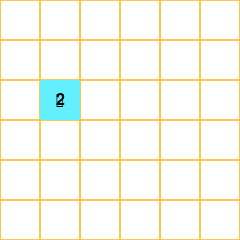
Repository: isabelcuddihy/decodeknight
Script's output: python knightstour.py
An editor plug-in stored every save of this project. The script's output is shown before and after the next save, followed by the edit.
The window is shown after at most 60 frames with no key pressed. Random numbers start from a fixed seed.

Above is the script's output before, as saved 2026-03-26 12:56:15.

### knightstour.py
import copy
import time
import numpy as np
from knightstouragent import *
from warnsdorff import *

####################################################
# The Knight's Tour is a classic problem in which the goal is to move a knight around a chessboard, visiting each square exactly once.
# The knight moves in an L-shape: two squares in one direction and then one square perpendicular to that.
# The challenge is to find a sequence of moves that allows the knight to visit every square on the board without repeating any square.
# In this implementation, we will use:
# A GUI to visualize the knight's movements on the chessboard.
# A grid to represent the chessboard, where each cell can be marked with the number move the knight just made and the knight's current position is indicated by a knight symbol.
# The objective is to find a sequence of moves that allows the knight to visit every square on the board without overlap and without having to backtrack/undo moves.
# Additional constraints can be added to make the problem more challenging, such as introducing obstacles on the board like "dead" squares and mandating the final square to be at a certain location..




####################################################


game = Chessboard(GUI=True, render_delay_sec=0.5, grid_length=6,grid_width= 6, obstacle_boxes=0)
currentKnightPos, grid, placedKnights, done = game.execute('export')
np.savetxt('initial_grid.txt', grid, fmt="%d")

currentKnightPos,grid, placedKnights, done = game.execute('export')


print(currentKnightPos,  grid, placedKnights, done)


####################################################
# Timing your code's execution for metrics.
####################################################

start = time.time()  # <- do not modify this.



def get_valid_moves(current_pos, grid):
    """
    Returns a list of (x, y) tuples for all legal knight moves
    from the current position that land on unvisited (-1) squares.
    """
    x, y = current_pos
    grid_size = grid.shape[0] # assuming a square chessboard/numpy matrix

    # defining all 8 possible "L" knight steps
    possible_steps = [
        (2, 1), (2, -1), (-2, 1), (-2, -1),
        (1, 2), (1, -2), (-1, 2), (-1, -2)
    ]

    valid = []

    for x1, y1 in possible_steps:
        new_x, new_y = x + x1, y + y1

        # check if the move is within the grid boundaries
        if 0 <= new_x < grid_size and 0 <= new_y < grid_size:

            # check if the cell is unvisited (-1)
            if grid[new_y, new_x] == -1:
                valid.append((new_x, new_y))

    return valid


def warnsdorff_solver(current_pos, move_count):
    # base case: knight has filled the whole board
    if move_count == (grid_size * grid_size):
        return True

    # get nodes and their Warnsdorff scores
    nodes = valid_moves(current_pos)

    # sort nodes by the number of onward moves they have
    nodes.sort(key=lambda c: len(valid_moves(c)))

    for next_move in nodes:
        # move to the square
        game.execute("place", next_move)

        # recursively try to solve from the new position
        if warnsdorff_solver(next_move, move_count + 1):
            return True

        # if we fail (dead end) then backtrack
        game.execute("undo")

    return False



pos, grid, placed, done = game.execute('place', (2, 1))
print(f"Placed at: {pos}, total placed: {len(placed)}")

end=time.time()
print(f"Solved with {end-start} seconds of execution time!")

game._main()


np.savetxt('grid.txt', grid, fmt="%d")
with open("final_grid.txt", "w") as outfile:
    outfile.write(str(filledSpaces))

### knightstouragent.py
import time
import pygame
import numpy as np
import random
import warnsdorff

class Chessboard:
    def __init__(self, GUI=True, render_delay_sec=0.1, grid_length=6, grid_width = 6, starting_knight_pos=(0, 0), obstacle_boxes=5):
        # Constants
        self.gridSize = grid_length #eventually need to do something with width too for m x n grids
        self.cellSize = 40
        self.screenSize = self.gridSize * self.cellSize
        self.fps = 60
        self.sleeptime = render_delay_sec
        self.currentKnightPos = [0, 0]
        self.placedKnights = [(self.currentKnightPos[0], self.currentKnightPos[1])] # List to track prev ious knight positions in order (position, move number)
        self.obstacle_boxes = obstacle_boxes


        #Design choices for numbers and colors for GUI
        self.black = (0,0,0)
        self.white = (255, 255, 255)
        self.blue = (254, 198, 78)
        self.status = ["#FFFFFF", "#64EFFF"]  # empty, visited

        # Shape definitions represented by arrays
        self.moves = [ (1, -2), # 2 left 1 up
                      (-1, -2),  # 2 left 1 down
                      (1, 2), # 2 right 1 up
                      (-1, 2), # 2 right 1 down
                      (-2, 1),  # 2 up 1 left
                      (-2, -1), # 2 up 1 right
                      (2, 1), # 2 down 1 left
                      (2, -1)# 2 down 1 right
        ]


        # Global variables (now instance attributes)
        self.screen = None
        self.clock = None
        self.grid = np.full((self.gridSize, self.gridSize), -1)
        self.moveChoice = 0 # Index to track the current move choice from self.moves
        self.done = False


        # Initialize grid with random obstacles - In Progress
        # self._addRandomColoredBoxes(self.grid, num_colored_boxes)

        # Initialize the graphical interface (if enabled)
        if GUI:
            pygame.init()
            pygame.font.init()
            self.font = pygame.font.SysFont(None, 24)
            # Draw knight symbol on current position
            self.knight_font = pygame.font.SysFont("applesymbols", 28) # font that supports chess symbols
            self.screenSize = self.gridSize * self.cellSize
            self.screen = pygame.display.set_mode((self.screenSize, self.screenSize))
            pygame.display.set_caption("Chessboard")
            self.clock = pygame.time.Clock()

            self._refresh()
    # Movements of the knight
    def execute(self, command='e', position=None):
        # Command-based environment interaction similar to Gym
        if command.lower() in ['e', 'export']:
            new_event = pygame.event.Event(pygame.KEYDOWN, unicode='e', key=ord('e'))
            try:
                pygame.event.post(new_event)
                self._refresh()
            except:
                pass
            return self.currentKnightPos, self.grid, self.placedKnights, self.done
        elif command.lower() in ['p', 'place']:
            if self.canPlace(self.grid,  self.currentKnightPos):
                self._placeKnight(self.grid, self.currentKnightPos, position[0], position[1])
                self.currentKnightPos = (position[0], position[1])
                self.placedKnights.append(( self.currentKnightPos))
                self._exportGridState(self.grid)
                new_event = pygame.event.Event(pygame.KEYDOWN, unicode='p', key=ord('p'))
                try:
                    pygame.event.post(new_event)
                    self._refresh()
                except:
                    pass
                if self.checkGrid(self.grid):
                    self.done = True
                else:
                    self.done = False

        elif command.lower() in ['u', 'undo']:
            if self.placedKnights:
                last_knight_pos= self.placedKnights[-1]
                self.placedKnights.pop()
                self._removeKnight(self.grid, last_knight_pos)
                if self.checkGrid(self.grid):
                    self.done = True
                else:
                    self.done = False
                new_event = pygame.event.Event(pygame.KEYDOWN, unicode='u', key=ord('u'))
                try:
                    pygame.event.post(new_event)
                    self._refresh()
                except:
                    pass

        return self.currentKnightPos, self.grid, self.placedKnights, self.done

    def canPlace(self, grid, pos):
        # Does knight fit in grid and is position empty
        if pos[0]  >= self.gridSize or pos[1] >= self.gridSize or pos[0] < 0 or pos[1] < 0:
            return False
        # Check for filled square
        if grid[pos[0]][pos[1]] != -1:
            return False
        return True

    def checkGrid(self, grid):
        # Ensure all cells are filled
        if -1 in grid:
            return False

        return True

    # All other methods are private (no requirement for public)

    def _drawGrid(self, screen):
        for x in range(0, self.screenSize, self.cellSize):
            for y in range(0, self.screenSize, self.cellSize):
                rect = pygame.Rect(x, y, self.cellSize, self.cellSize)
                pygame.draw.rect(screen, self.blue, rect, 1)

    def _placeKnight(self, grid, pos, x_move, y_move):
        grid[x_move][y_move] = len(self.placedKnights) + 1


    def _removeKnight(self, grid, pos):
        grid[pos[0]][pos[1]] = -1

    def _exportGridState(self, grid):
        ## To export the grid for debug purposes.
        return grid

    def _importGridState(self, gridState):
        ## Can be used to import a grid for same atarting conditions from a file.
        grid = np.array([ord(char) - 65 for char in gridState]).reshape((self.gridSize, self.gridSize))
        return grid

    def _refresh(self):
        if not self.screen:
            return
        self.screen.fill(self.white)
        self._drawGrid(self.screen)

        # Draw visited squares with move numbers
        for i in range(self.gridSize):
            for j in range(self.gridSize):
                if self.grid[i, j] != -1:
                    rect = pygame.Rect(j * self.cellSize, i * self.cellSize, self.cellSize, self.cellSize)
                    pygame.draw.rect(self.screen, self.status[1], rect)
                    move_number = self.grid[i, j]
                    if move_number > 0:
                        text = self.font.render(str(move_number), True, self.black)
                        text_rect = text.get_rect(center=rect.center)
                        self.screen.blit(text, text_rect)

        # Draw knight symbol on current position - outside the loop
        knight_text = self.knight_font.render("♞", True, self.black)
        knight_rect = knight_text.get_rect(center=(
            self.currentKnightPos[1] * self.cellSize + self.cellSize // 2,
            self.currentKnightPos[0] * self.cellSize + self.cellSize // 2
        ))
        self.screen.blit(knight_text, knight_rect)

        pygame.display.flip()
        self.clock.tick(self.fps)
        time.sleep(self.sleeptime)

    # def _addRandomColoredBoxes(self, grid, num_boxes=5):
    #     ## Adds the random colored boxes.
    #     empty_positions = list(zip(*np.where(grid == -1)))
    #     random_positions = random.sample(empty_positions, min(num_boxes, len(empty_positions)))

    #     # Place random colored boxes at selected positions
    #     for pos in random_positions:
    #         color_index = self.getAvailableColor(grid, pos[1], pos[0])
    #         grid[pos[0], pos[1]] = color_index

    def _loop_gui(self):
        ## Main Loop for the GUI
        running = True
        while running:
            for event in pygame.event.get():
                if event.type == pygame.QUIT:
                    running = False
            self.screen.fill(self.white)
            self._drawGrid(self.screen)
            pygame.display.flip()
            self.clock.tick(self.fps)
            self._refresh()

        pygame.quit()

    def _printGridState(self, grid):
        ## Utility method. Can be used for debugging.
        for row in grid:
            print(' '.join(f'{cell:2}' for cell in row))
        print()
    def _status(self):
        ## Utility method. Can be used for debugging.
        print(f"Current Knight Position: {self.currentKnightPos}")
        print(f"Current Grid State:\n{self.grid}")
        print(f"Placed Knights: {self.placedKnights}")
        print(f"Done: {self.done}")


    def _main(self):
        ## Allows manual control over the environment.
        self._loop_gui()


if __name__ == "__main__":
    # printControls() and main() now encapsulated in the class:
    game = Chessboard(True, render_delay_sec=0.1, grid_length=6, grid_width=6, starting_knight_pos=(0, 0), obstacle_boxes=5)
    game._status()
    game._main()

### warnsdorff.py
def get_valid_moves(current_pos, grid):
    """
    Returns a list of (x, y) tuples for all legal knight moves
    from the current position that land on unvisited (-1) squares.
    """
    x, y = current_pos
    grid_size = grid.shape[0] # assuming a square chessboard/numpy matrix

    # defining all 8 possible "L" knight steps
    possible_steps = [
        (2, 1), (2, -1), (-2, 1), (-2, -1),
        (1, 2), (1, -2), (-1, 2), (-1, -2)
    ]

    valid = []

    for x1, y1 in possible_steps:
        new_x, new_y = x + x1, y + y1

        # check if the move is within the grid boundaries
        if 0 <= new_x < grid_size and 0 <= new_y < grid_size:

            # check if the cell is unvisited (-1)
            if grid[new_y, new_x] == -1:
                valid.append((new_x, new_y))

    return valid


def warnsdorff_solver(current_pos, move_count):
    # base case: knight has filled the whole board
    if move_count == (grid_size * grid_size):
        return True

    # get nodes and their Warnsdorff scores
    nodes = valid_moves(current_pos)

    # sort nodes by the number of onward moves they have
    nodes.sort(key=lambda c: len(valid_moves(c)))

    for next_move in nodes:
        # move to the square
        chessboard.execute("place", next_move)

        # recursively try to solve from the new position
        if warnsdorff_solver(next_move, move_count + 1):
            return True

        # if we fail (dead end) then backtrack
        chessboard.execute("undo")

    return False


# How recursion breaks:
# 1. The agent sees a node with a score of 0 (no onward moves) and because it's got the lowest score it picks it first
# 2. The agent calls solve(node_with_zero, move_count + 1)
# 3. Inside this new function call, nodes = valid_moves(current_pos) returns an empty list []
# 4. Since the list is empty the "for next_move in nodes:" loop never runs and is skipped entirely
# 5. this solve() call returns FALSE and exits out. chessboard.execute("undo") refills -1 in the matrix.
# 6. "for next_move in nodes" picks the next lowest node. If it has a score > 0, our recursive cycle begins again. If not we go through all nodes until we find one that does or backtrack a second time, and so on and so forth.

After the next save:
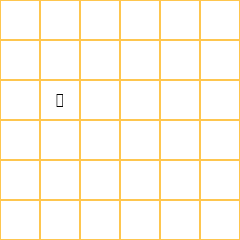
Error: NameError: name 'grid_size' is not defined
Saved 93 s later.
--- a/knightstour.py
+++ b/knightstour.py
@@ -92,10 +92,15 @@ def warnsdorff_solver(current_pos, move_count):
     return False
 
 
-
+#Test to see if knight moved
 pos, grid, placed, done = game.execute('place', (2, 1))
 print(f"Placed at: {pos}, total placed: {len(placed)}")
+pos, grid, placed, done = game.execute('undo')
+print(f"Undid move at: {pos}, total placed: {len(placed)}")
 
+#Control the movement of the knight with the agent's execute method:
+
+warnsdorff_solver(pos, len(placed))
 end=time.time()
 print(f"Solved with {end-start} seconds of execution time!")
 
